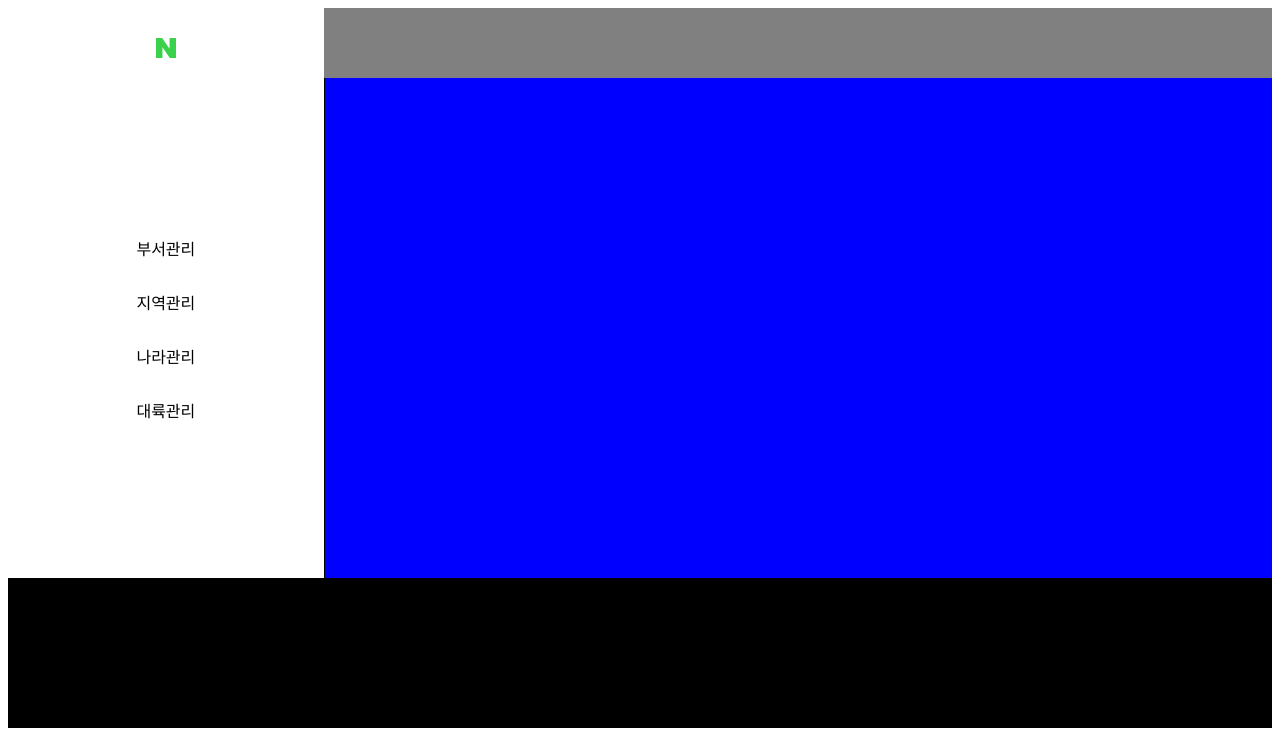
Repository: mireu930/Serverlet_App
Page: src/build/classes/webapp/template/layout.html
These files come from the project's save history. The page is drawn as it stood at one moment and after the next save; the edit follows.
The browser window is 1280 px wide. The pictures show the whole page.

Above is the page before, as saved 2025-02-07 12:02:30.

After the next save:
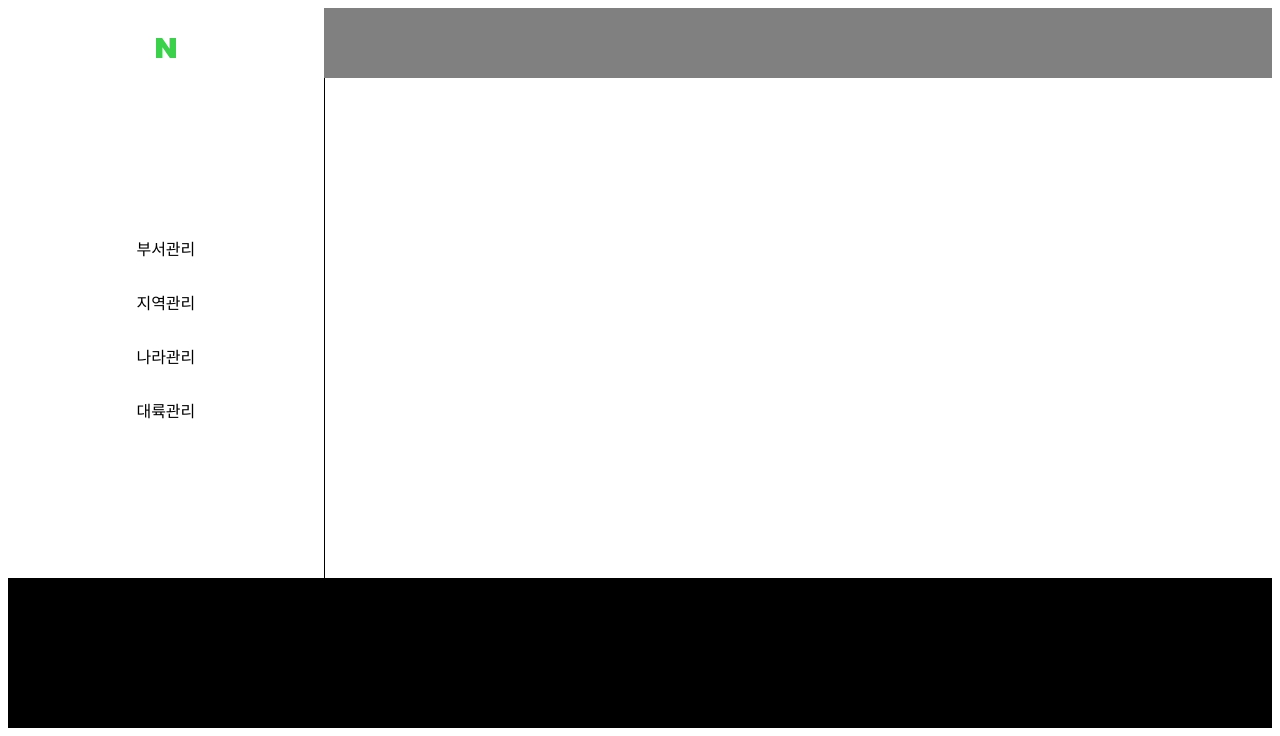
Saved 12 s later.
--- a/src/build/classes/webapp/template/layout.html
+++ b/src/build/classes/webapp/template/layout.html
@@ -67,7 +67,7 @@
 }
 
 .content_right {
-  background-color:blue
+  background-color:blue/
 }
 
 footer {

After the save that followed:
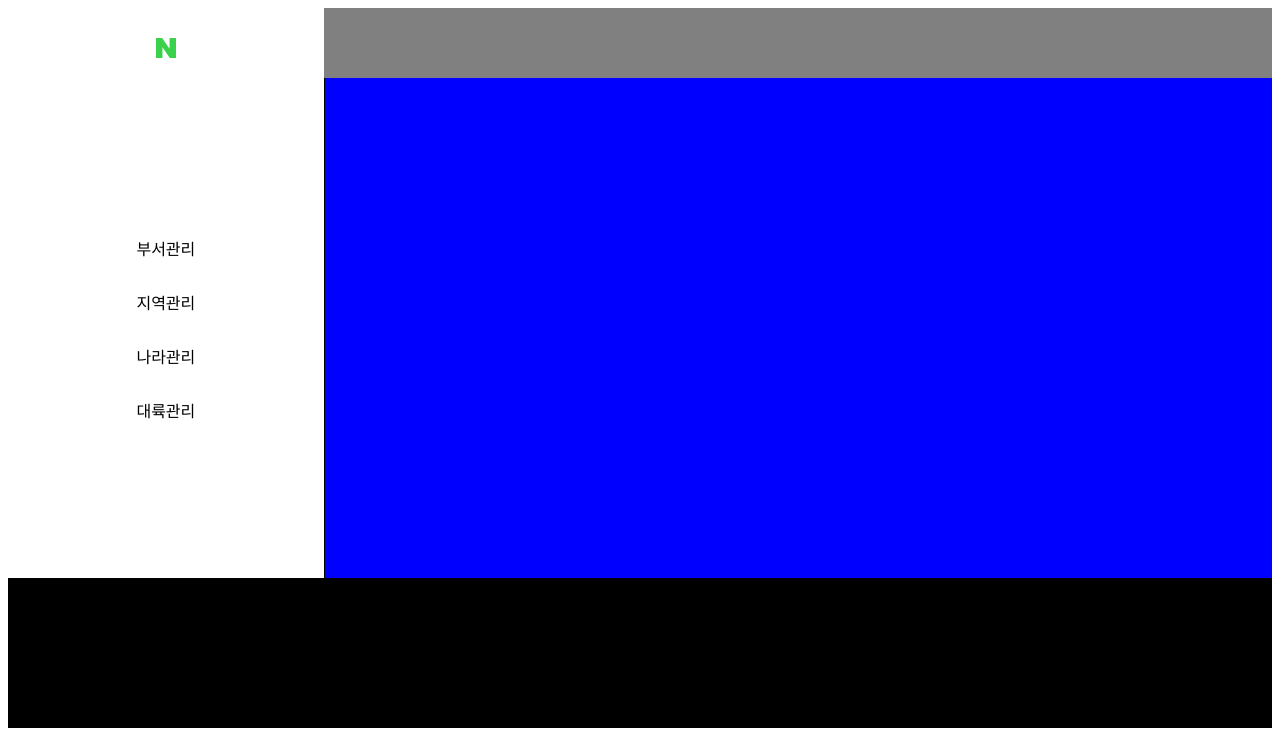
Saved 21 s later.
--- a/src/build/classes/webapp/template/layout.html
+++ b/src/build/classes/webapp/template/layout.html
@@ -67,7 +67,7 @@
 }
 
 .content_right {
-  background-color:blue/
+  background-color:blue;
 }
 
 footer {
